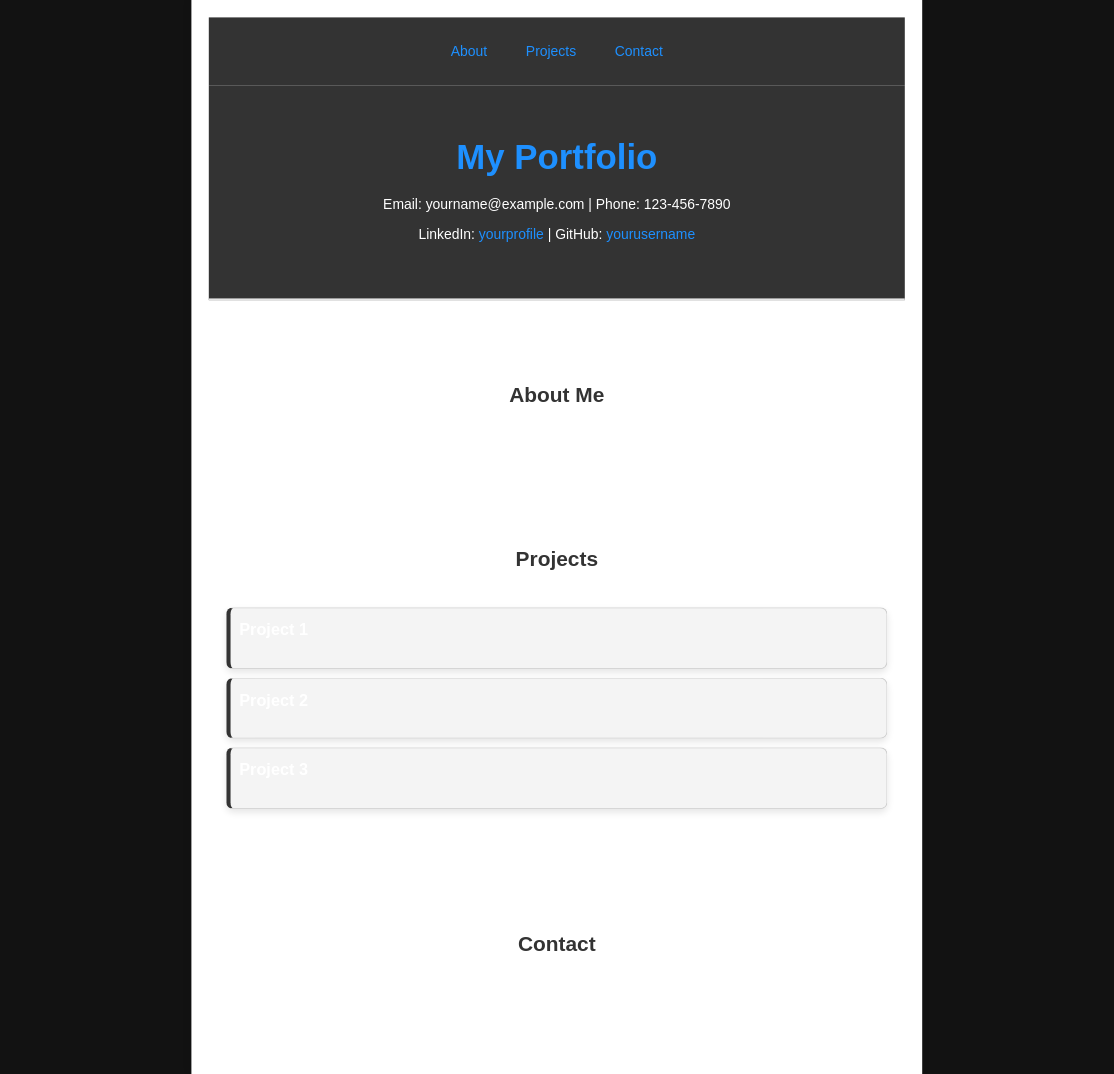
Repository: HoangDuck/portfolio
Page: index.html
These files come from the project's save history. The page is drawn as it stood at one moment and after the next save; the edit follows.
The browser window is 1280 px wide. The pictures show the whole page, at 87% of full size.

Above is the page before, as saved 2025-03-09 22:18:28.

### index.html
<!DOCTYPE html>
<html lang="en">
<head>
    <meta charset="UTF-8">
    <meta name="viewport" content="width=device-width, initial-scale=1.0">
    <title>My Portfolio</title>
    <link rel="stylesheet" href="style.css">
</head>
<body>
    <div class="portfolio-container">
        <nav>
            <ul>
                <li><a href="#about">About</a></li>
                <li><a href="#projects">Projects</a></li>
                <li><a href="#contact">Contact</a></li>
            </ul>
        </nav>
        <header>
            <h1>My Portfolio</h1>
            <p id="contact-info">Email: yourname@example.com | Phone: 123-456-7890</p>
            <p id="social-media">
                LinkedIn: <a href="https://www.linkedin.com/in/yourprofile">yourprofile</a> |
                GitHub: <a href="https://github.com/yourusername">yourusername</a>
            </p>
        </header>
        <section id="about">
            <h2>About Me</h2>
            <p>Welcome to my portfolio. Here you will find my latest projects and ways to contact me.</p>
        </section>
        <section id="projects" class="projects">
            <h2>Projects</h2>
            <div class="projects-container">
                <ul id="project-list">
                    <li class="project-item">
                        <h3>Project 1</h3>
                    </li>
                    <li class="project-item">
                        <h3>Project 2</h3>
                    </li>
                    <li class="project-item">
                        <h3>Project 3</h3>
                    </li>
                </ul>
            </div>
        </section>
        <section id="contact">
            <h2>Contact</h2>
            <p>Feel free to reach out to me via email or phone.</p>
        </section>
    </div>
    <script src="script.js"></script>
</body>
</html>

### style.css
body {
    font-family: Arial, sans-serif;
    line-height: 1.6;
    background-color: #121212;
    color: #ffffff;
    margin: 0;
    padding: 0;
}

.portfolio-container {
    width: 80%;
    margin: auto;
    overflow: hidden;
    background: white;
    padding: 20px;
    box-shadow: 0 0 10px rgba(0, 0, 0, 0.1);
    max-width: 800px;
    margin: 0 auto;
    padding: 20px;
}

nav {
    background: #333;
    color: #fff;
    padding: 10px 0;
    text-align: center;
}

nav ul {
    list-style: none;
    padding: 0;
    list-style-type: none;
    padding: 0;
}

nav ul li {
    display: inline;
    margin: 0 20px;
    display: inline;
    margin-right: 20px;
}

nav ul li a {
    color: #1e90ff; /* Primary blue color */
    text-decoration: none;
    color: #1e90ff; /* Primary blue color */
}

header {
    text-align: center;
    padding: 50px 0;
    background: #333;
    color: #fff;
    border-bottom: 2px solid #e4e4e4;
    margin-bottom: 20px;
    text-align: center;
    margin-bottom: 50px;
}

header h1 {
    margin: 0;
    font-size: 2.5em;
    color: #1e90ff; /* Primary blue color */
}

header p {
    margin: 10px 0;
}

h2 {
    font-size: 1.5em;
    margin-bottom: 10px;
    color: #555;
}

p {
    margin: 5px 0;
}

ul {
    list-style: none;
    padding: 0;
}

ul li {
    margin-bottom: 10px;
}

a {
    color: #1e90ff; /* Primary blue color */
    text-decoration: none;
}

a:hover {
    text-decoration: underline;
}

section {
    margin-bottom: 20px;
    margin-bottom: 50px;
}

.projects {
    background: #fff;
    padding: 20px;
    margin-top: 20px;
}

.projects h2 {
    text-align: center;
    color: #333;
}

#project-list {
    list-style: none;
    padding: 0;
}

#project-list li {
    background: #f4f4f4;
    margin: 10px 0;
    padding: 10px;
    border-left: 5px solid #333;
    margin-bottom: 10px;
}

#project-list li a {
    text-decoration: none;
    color: #1e90ff; /* Primary blue color */
}

#about, #contact {
    background: #fff;
    padding: 20px;
    margin-top: 20px;
}

#about h2, #contact h2 {
    text-align: center;
    color: #333;
}

.projects-container {
    display: flex;
    flex-direction: column;
}

.project-item {
    background-color: #f9f9f9;
    border: 1px solid #ccc;
    border-radius: 8px;
    padding: 10px;
    width: 100%;
    box-sizing: border-box;
    margin-bottom: 10px;
    box-shadow: 0 4px 8px rgba(0, 0, 0, 0.1);
    transition: transform 0.3s;
}

.project-item:hover {
    transform: translateY(-10px);
}

.project-item h3 {
    margin-top: 0;
}

.project-item p {
    color: #666;
}

.project-item a {
    color: #007bff;
    text-decoration: none;
}

.project-item a:hover {
    text-decoration: underline;
}

### script.js
document.addEventListener('DOMContentLoaded', () => {
    console.log('Portfolio loaded successfully!');
});

After the next save:
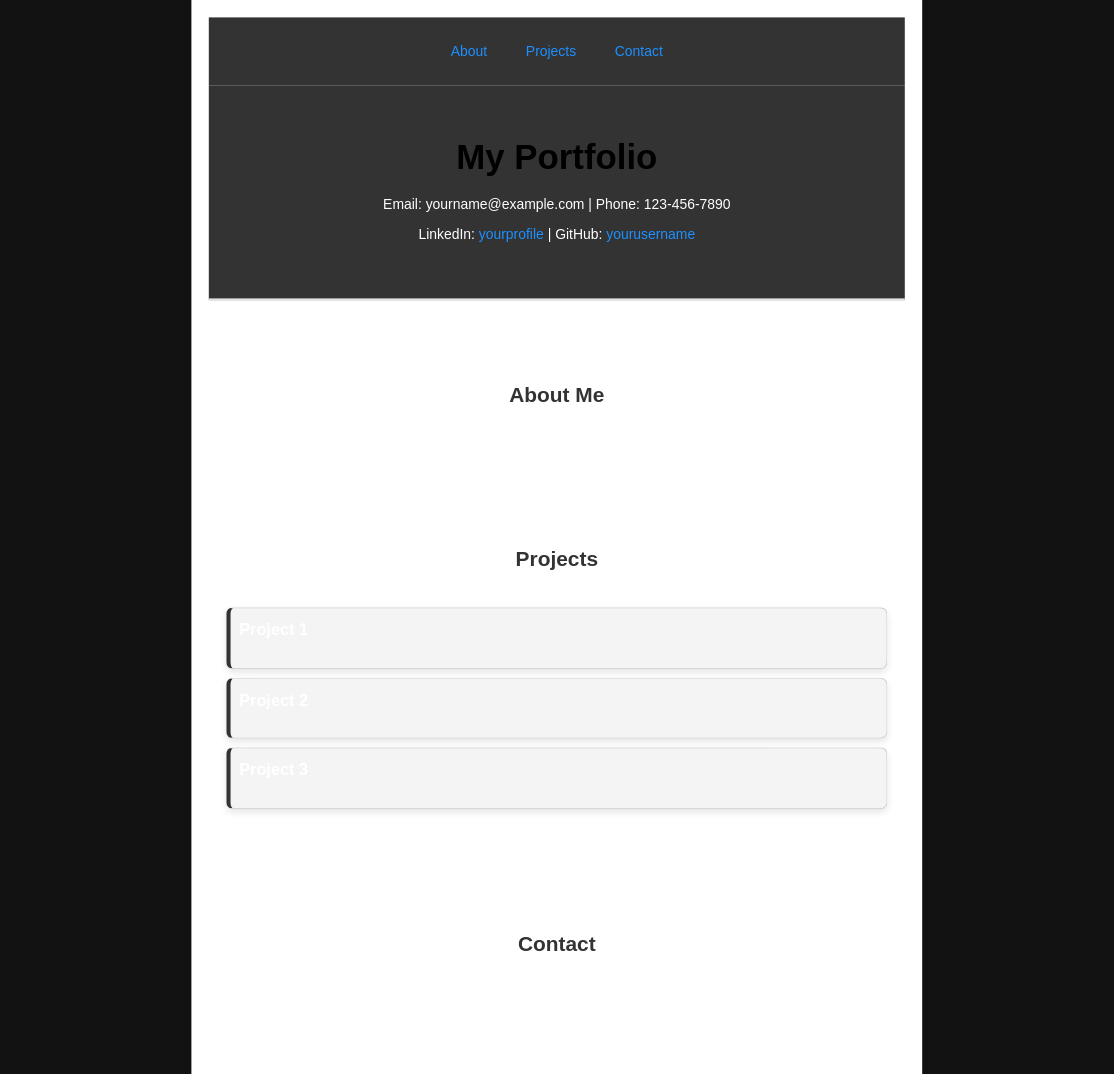
Saved 26 s later.
--- a/index.html
+++ b/index.html
@@ -16,7 +16,7 @@
             </ul>
         </nav>
         <header>
-            <h1>My Portfolio</h1>
+            <h1 style="color: black;">My Portfolio</h1>
             <p id="contact-info">Email: yourname@example.com | Phone: 123-456-7890</p>
             <p id="social-media">
                 LinkedIn: <a href="https://www.linkedin.com/in/yourprofile">yourprofile</a> |
